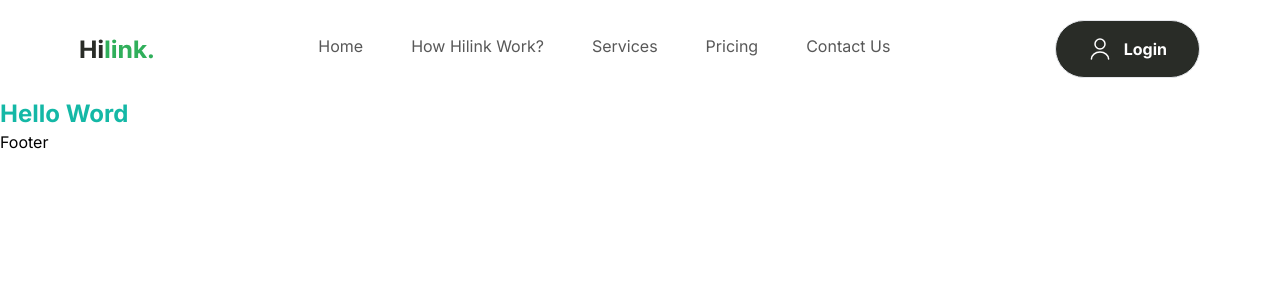
Repository: MikeeBuilds/camp
Page: /
An editor plug-in stored every save of this project. The page is shown before and after a run of saves, followed by the edit.
The browser window is 1280 px wide. The pictures show the whole page.
The project was rebuilt for these pictures with package versions that can differ from the ones it lists, and the page was loaded fresh each time. The framework's server and built-in components were replaced by stand-ins that run in the browser. Also part of the build but not shown: next.config.js.

Above is the page before, as saved 2023-11-24 20:21:35.

### app/layout.tsx
import type { Metadata } from 'next'
import './globals.css'
import Navbar from '@/components/Navbar'
import Footer from '@/components/Footer'


export const metadata: Metadata = {
  title: 'Travel',
  description: 'Travel UI/UX App for camping',
}

export default function RootLayout({
  children,
}: {
  children: React.ReactNode
}) {
  return (
    <html lang="en">
      <head>
    <link rel="icon" href="/img/favicon.ico" sizes="any" />
  </head>
      <body className="">
        <Navbar/>
        <main className='relative overflow-hidden'>
        {children}
        </main>
        <Footer/>
      </body>
    </html>
  )
}

### app/page.tsx

export default function Home() {
  return (
    <h1 className="font-bold text-teal-500 text-2xl">
      Hello Word
    </h1>
  )
}

### components/Navbar.tsx
import { NAV_LINKS } from '@/constants'
import Image from 'next/image'
import Link from 'next/link'
import Button from './Button'

const Navbar = () => {
    return (
        <nav className="flexBetween max-container padding-container relative z-30 py-5">
            <Link href="/">
                <Image src="/hilink-logo.svg" alt="logo" width={74} height={29} />
            </Link>

            <ul className="hidden h-full gap-12 lg:flex">
                {NAV_LINKS.map((link) => (
                    <Link href={link.href} key={link.key} className="regular-16 text-gray-50 flexCenter cursor-pointer pb-1.5 transition-all hover:font-bold">
                        {link.label}
                    </Link>
                ))}
            </ul>

            <div className='lg:flexCenter hidden'>
                <Button
                    type="button"
                    title="Login"
                    icon="/user.svg"
                    variant="btn_dark_green"
                />
            </div>
        </nav>
    )
}

export default Navbar

### components/Button.tsx
import Image from "next/image";

type ButtonProps = {
    type: 'button' | "submit";
    title: string;
    icon?: string;
    variant: 'btn_dark_green'
}


const button = ({ type, title, icon, variant}: ButtonProps) => {
  return (
    <button
        className={`flexCenter gap-3 rounded-full border ${variant}`}
        type={type}
    >
        {icon && <Image src={icon} alt={title} width={24} height={24}/>}
        <label className="bold-16 whitespace-nowrap">{title}</label>
    </button>
  )
}

export default button

Loaded but not shown: app/globals.css (common file); components/Footer.tsx (common file); constants/index.ts (common file); tailwind.config.ts (common file)

After the next 15 saves:
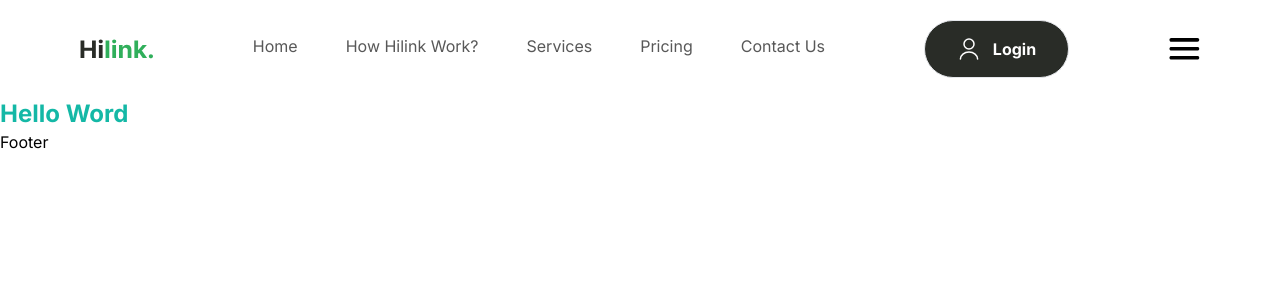
The 15 saves are shown as one change because 4 did not build or start and some came seconds apart.
The last was saved 2 min 8 s later.
--- a/components/Navbar.tsx
+++ b/components/Navbar.tsx
@@ -26,6 +26,14 @@
                     variant="btn_dark_green"
                 />
             </div>
+
+            <Image
+                src="menu.svg"
+                alt='menu'
+                width={32}
+                height={32}
+                className=''
+            />
         </nav>
     )
 }

After the 5 saves that followed:
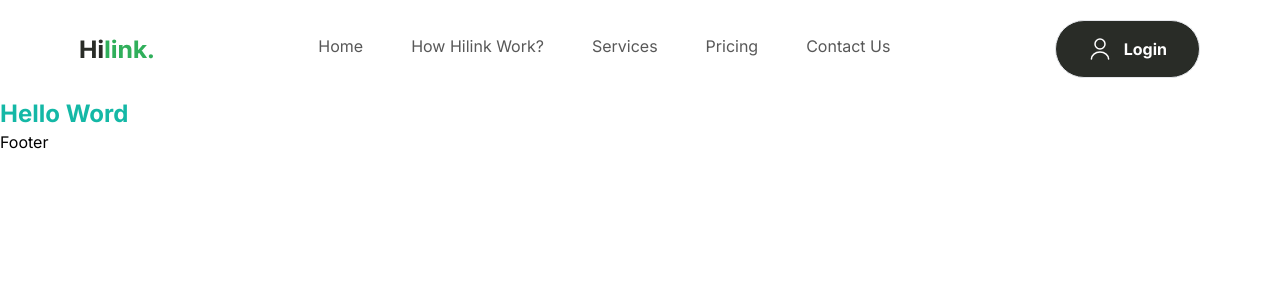
The 5 saves are shown as one change because 1 left the picture as it was and some came seconds apart.
The last was saved 15 s later.
--- a/components/Navbar.tsx
+++ b/components/Navbar.tsx
@@ -32,7 +32,7 @@
                 alt='menu'
                 width={32}
                 height={32}
-                className=''
+                className='inline-block cursor-pointer lg:hidden'
             />
         </nav>
     )
